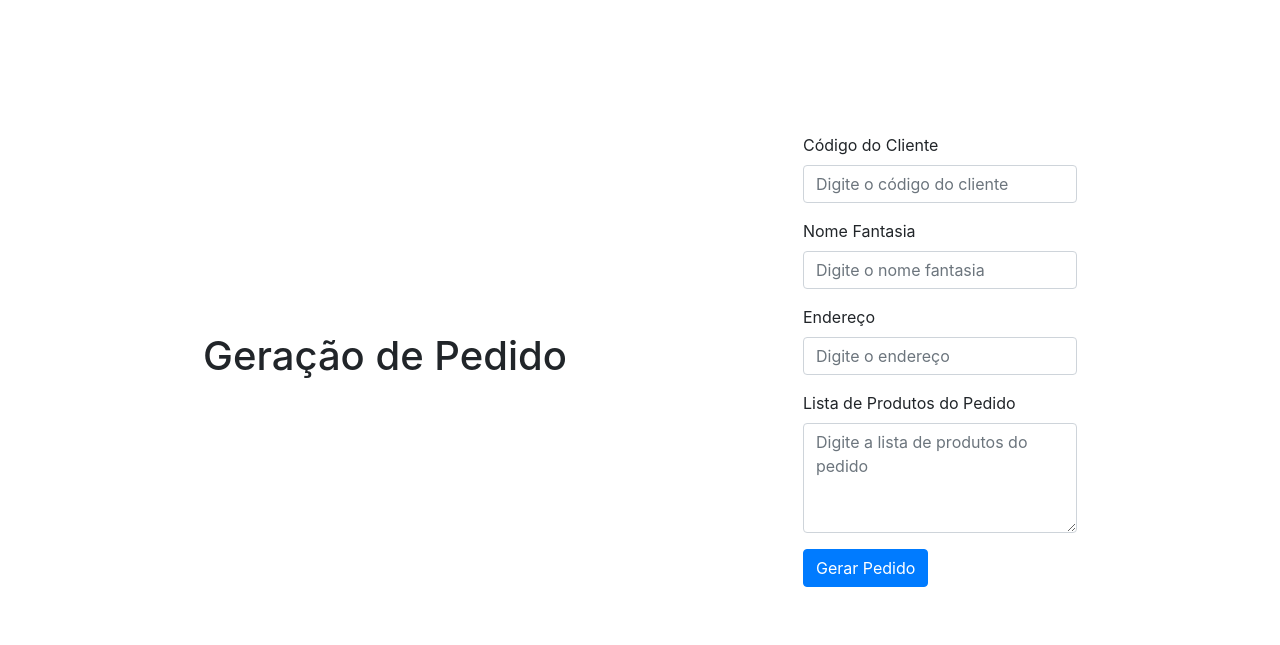
Repository: RobertoAntunes35/controle-estoque
Page: backend/templates/tirarPedidos.html
These files come from the project's save history. The page is drawn as it stood at one moment and after the next save; the edit follows.
The browser window is 1280 px wide. The pictures show the whole page.
Some web libraries are served in a nearby version. The template is drawn by Flask 3. The application's start-up code is not run. Other server files are loaded and not shown. The template is opened directly, without the code that normally fills it, so the values that code supplies are empty.

Above is the page before, as saved 2023-06-05 15:41:35.

### backend/templates/tirarPedidos.html
{% extends "index.html" %}

{% block title %} Gerar Pedido {% endblock %}

{% block main %}

<body>
    <div class="container">
      <h1>Geração de Pedido</h1>

      <form>
        <div class="form-group">
          <label for="codigoCliente">Código do Cliente</label>
          <input type="text" class="form-control" id="codigoCliente" placeholder="Digite o código do cliente">
        </div>

        <div class="form-group">
          <label for="nomeFantasia">Nome Fantasia</label>
          <input type="text" class="form-control" id="nomeFantasia" placeholder="Digite o nome fantasia">
        </div>

        <div class="form-group">
          <label for="endereco">Endereço</label>
          <input type="text" class="form-control" id="endereco" placeholder="Digite o endereço">
        </div>

        <div class="form-group">
          <label for="listaProdutos">Lista de Produtos do Pedido</label>
          <textarea class="form-control" id="listaProdutos" rows="4" placeholder="Digite a lista de produtos do pedido"></textarea>
        </div>

        <button type="submit" class="btn btn-primary">Gerar Pedido</button>
      </form>
    </div>

    <!-- Incluindo o JavaScript do Bootstrap -->
    <script src="https://code.jquery.com/jquery-3.3.1.slim.min.js"></script>
    <script src="https://cdnjs.cloudflare.com/ajax/libs/popper.js/1.14.7/umd/popper.min.js"></script>
    <script src="https://stackpath.bootstrapcdn.com/bootstrap/4.3.1/js/bootstrap.min.js"></script>
  </body>


{% endblock %}

### backend/templates/index.html
<!DOCTYPE html>
<html lang="en">

{% block head %}
<head>
    <meta charset="UTF-8">
    <meta http-equiv="X-UA-Compatible" content="IE=edge">
    <meta name="viewport" content="width=device-width, initial-scale=1.0">
    <title>{% block title %} {% endblock %}</title>

    <script src="https://ajax.googleapis.com/ajax/libs/jquery/3.5.1/jquery.min.js"></script>
    <!-- CSS INTERNO -->
    <link rel="stylesheet" href="{{ url_for('static', filename='css/globalStyle.css') }}">

    <!-- FONTE -->

    <!-- BOOTSTRAP -->
    <link rel="stylesheet" href="https://maxcdn.bootstrapcdn.com/bootstrap/4.0.0/css/bootstrap.min.css">
    <script src="https://maxcdn.bootstrapcdn.com/bootstrap/4.0.0/js/bootstrap.min.js"></script>
    <script src="https://cdnjs.cloudflare.com/ajax/libs/popper.js/1.12.9/umd/popper.min.js"></script>

    <!-- SCRIPT INTERNO -->
    <script src="{{ url_for('static' , filename='js/script.js') }}"></script>

    <!-- SCRIPTS AUXILIARES -->

</head>
{% endblock %}

<body>
    <header>{% block header %} {% endblock %}</header>

    <main>{% block main %} {% endblock %}</main>

    <footer>{% block footer %} {% endblock %}</footer>
</body>
</html>

### backend/static/css/globalStyle.css
* {
    margin: 0 auto;
    padding: 0;
    box-sizing: border-box;
}

.div-formulario {
    border: 1px solid;
}

.container {
    display: flex;
    justify-content: left;
    align-items: center;
    width: 100vw;
    height: 100vh;

    /* border: 1px solid; */
}

.search-product{
    /* border: 1px solid; */
}
.values-find{
    /* border: 1px solid; */
}

.choices-values{
    /* border: 1px solid; */
}

### backend/static/js/script.js

$(document).ready(function() {
    $('#btnBuscar').click(function(event) {
        event.preventDefault();

        var inputValue = $('#codigo').val();
        console.log(inputValue);

    $.ajax({
        url: '/busca_produtos',
        type: 'POST',
        data: {codigoProduto: inputValue},
        success: function(date) {
            $('#descricao').val(date.updatedValue.descricao)
            $('#codigoFornecedor').val(date.updatedValue.codigoFornecedor)
            $('#unidade').val(date.updatedValue.unidade)
        }
    });
    });
});


function verificarEnter(event) {
    if(event.keyCode === 13) {
        event.preventDefault();

        var botao = document.getElementById("btnBuscar")
        botao.click();
    }
}

After the next save:
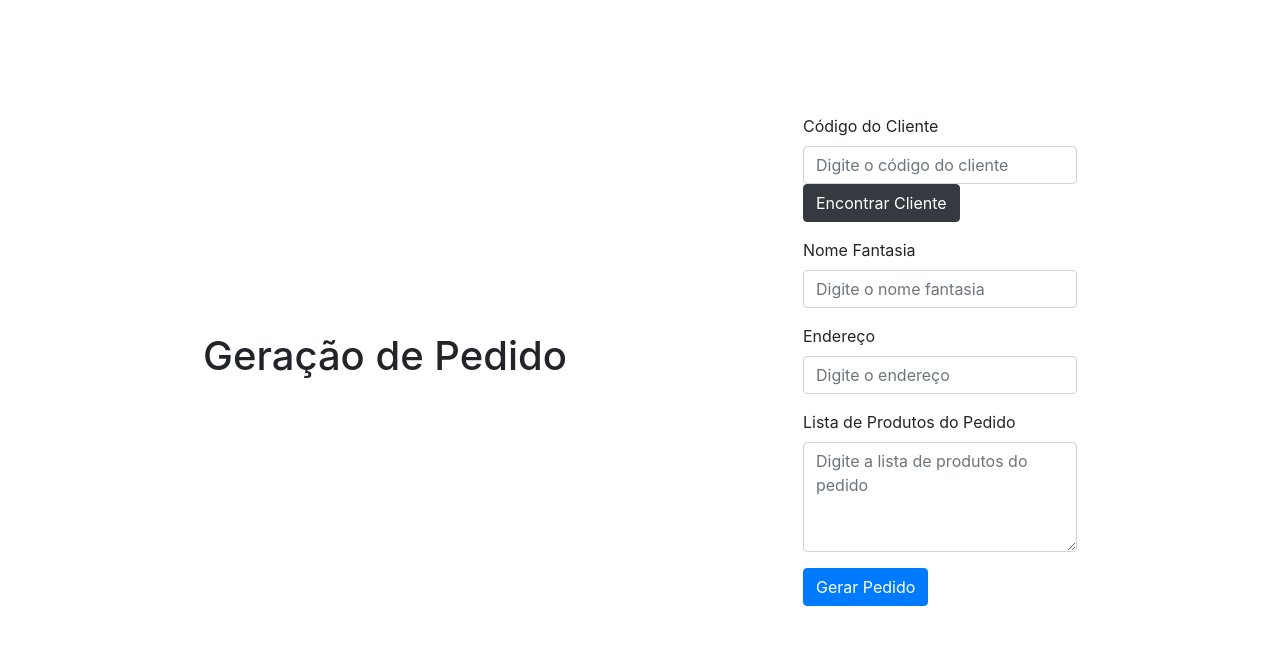
Saved 4 min 22 s later.
--- a/backend/templates/tirarPedidos.html
+++ b/backend/templates/tirarPedidos.html
@@ -12,6 +12,7 @@
         <div class="form-group">
           <label for="codigoCliente">Código do Cliente</label>
           <input type="text" class="form-control" id="codigoCliente" placeholder="Digite o código do cliente">
+            <button class="btn btn-dark" id="btnBuscaCliente">Encontrar Cliente</button>
         </div>
 
         <div class="form-group">
